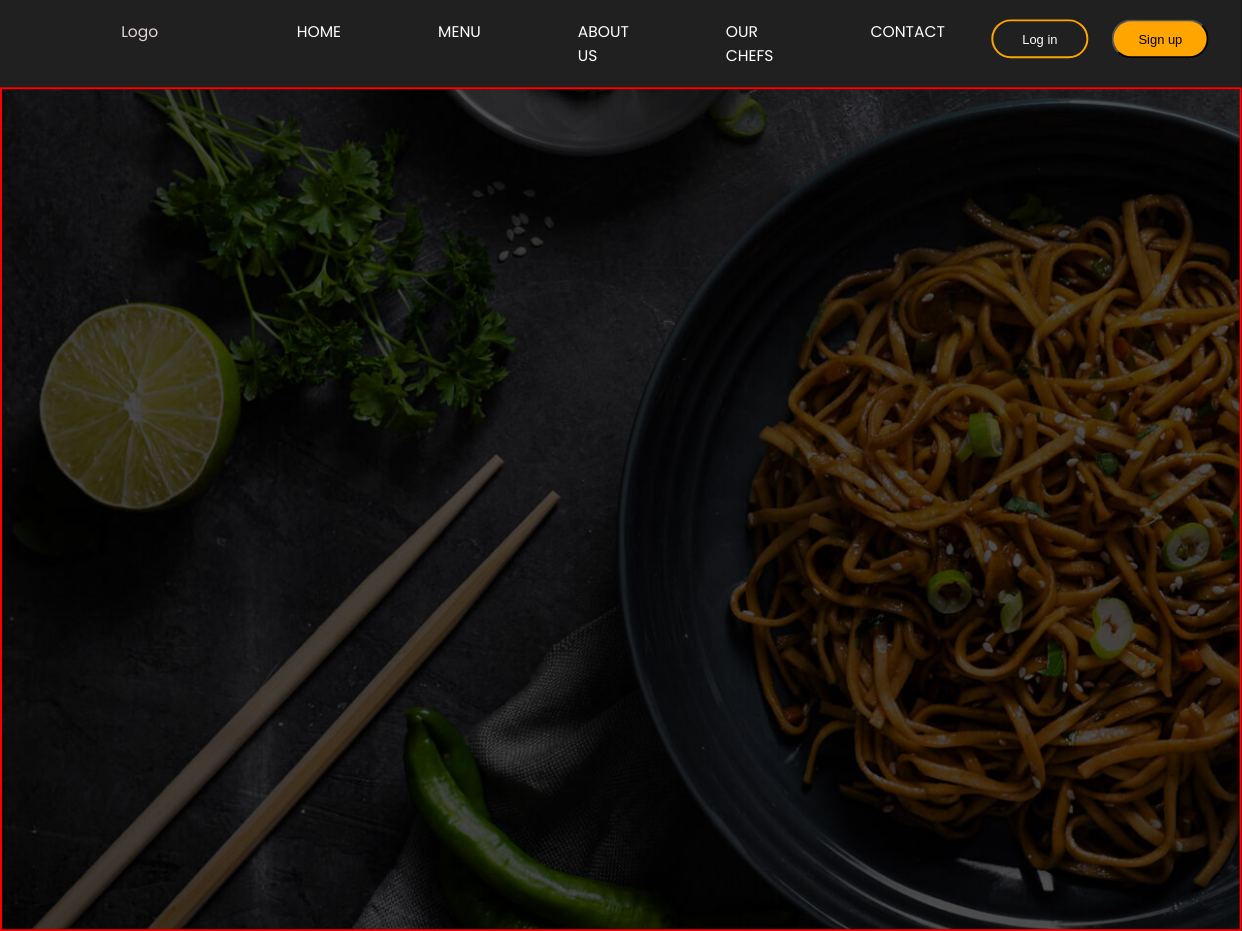
Repository: ThisIsSahaj/NSP
Page: index.html
The author's editor kept a copy of each file at every save. The page is drawn from the files as they stood at one save, then again after the next save.
The browser window is 1280 px wide. The pictures show the whole page, at 97% of full size.

Above is the page before, as saved 2023-11-06 13:40:38.

After the next save:
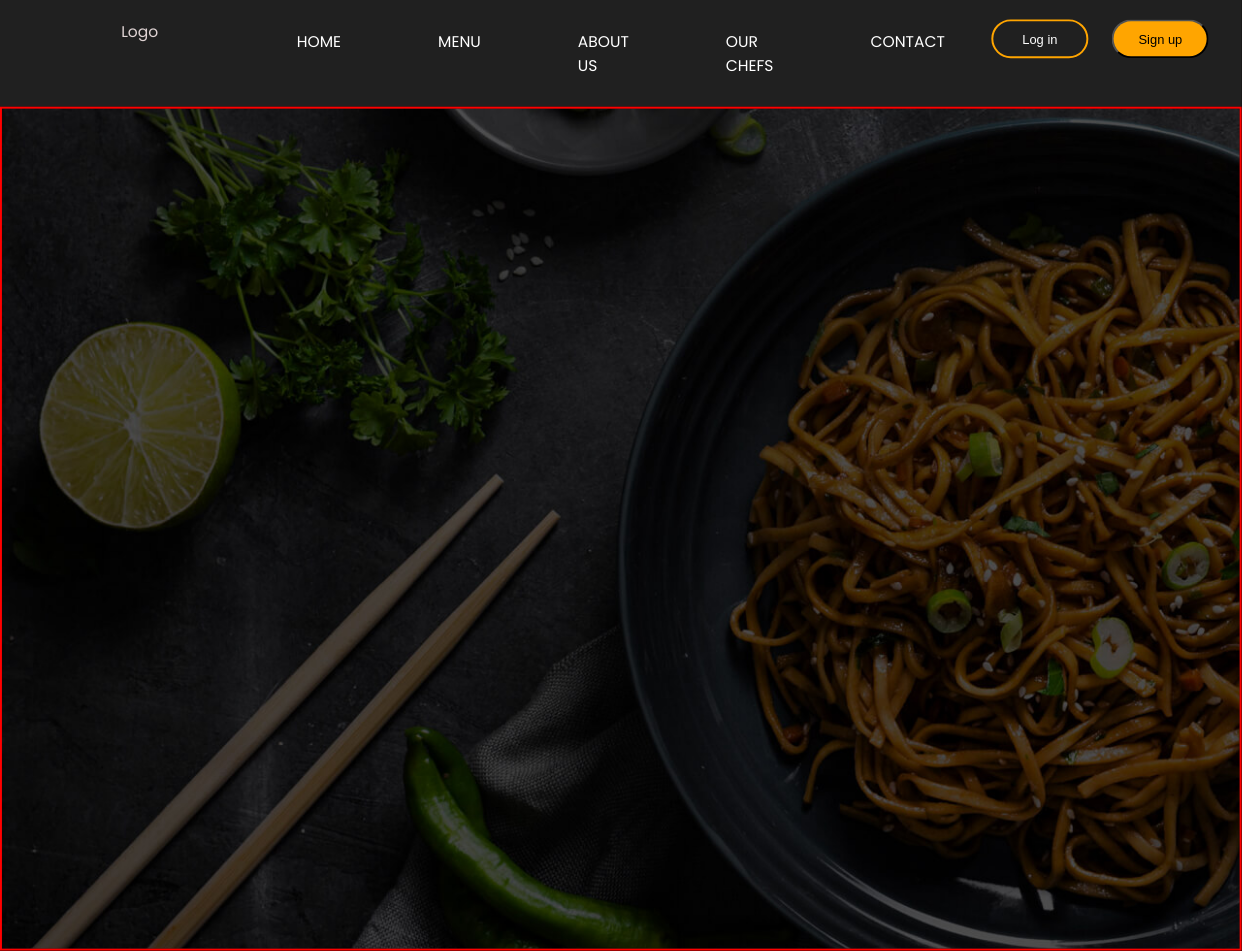
Saved 27 s later.
--- a/style.css
+++ b/style.css
@@ -70,7 +70,8 @@ a:hover:after {
 
 }
 .menu ul li{
-    margin: 0px 50px;
+    margin: 10px 50px;
+
 }
 
 .menu{
